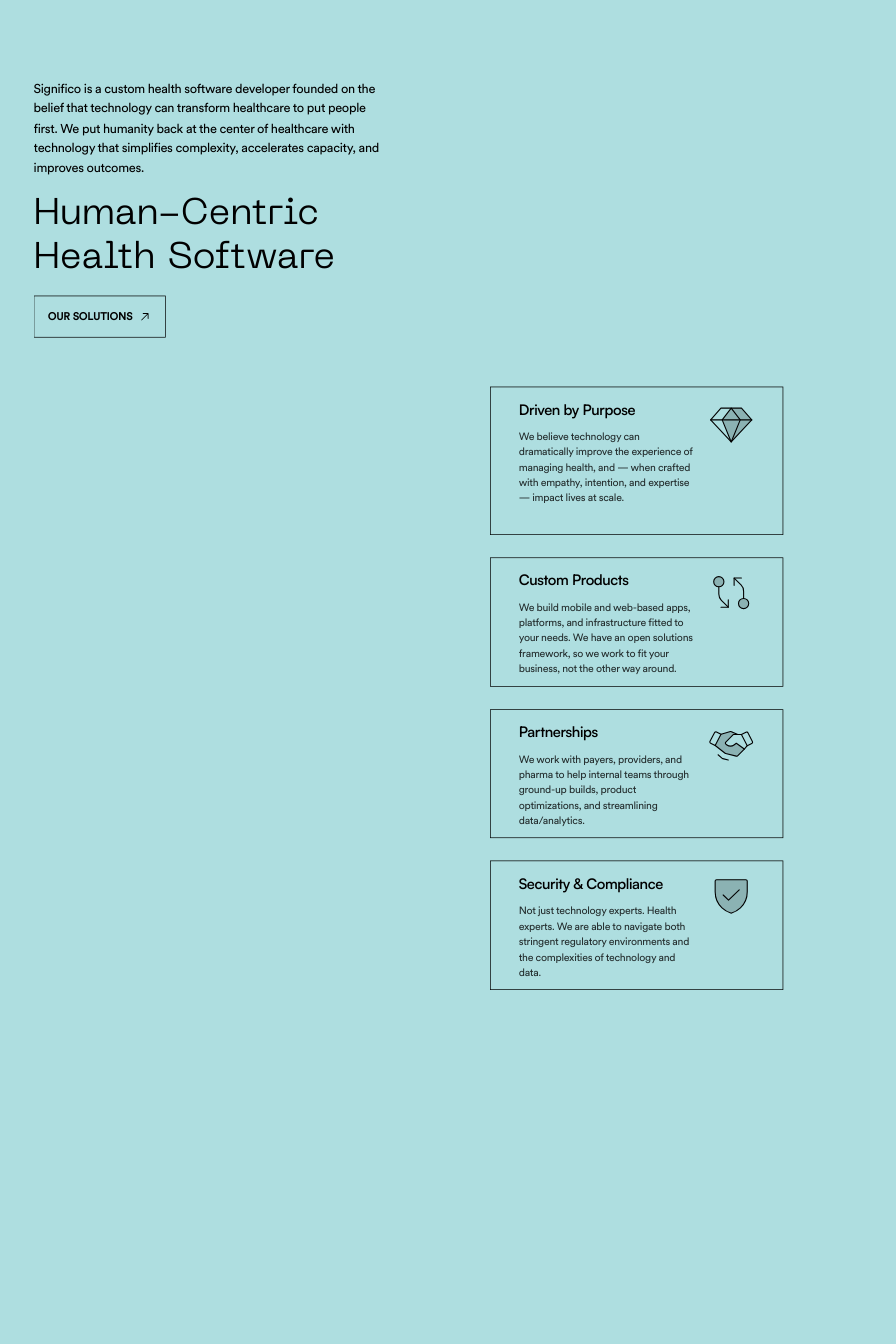
Repository: nikhilsinghrathore1/CAC_Ki_Majdoori
Page: /
These files come from the project's save history. The page is drawn as it stood at one moment and after the next save; the edit follows.
The browser window is 1280 px wide. The pictures show the part of the page from y = 816 to 2736 px (the page is 2736 px tall), at 70% of full size.
The project was rebuilt for these pictures with package versions that can differ from the ones it lists, and the page was loaded fresh each time. Also part of the build but not shown: vite.config.ts.

Above is the page before, as saved 2024-07-25 10:42:03.

After the next save:
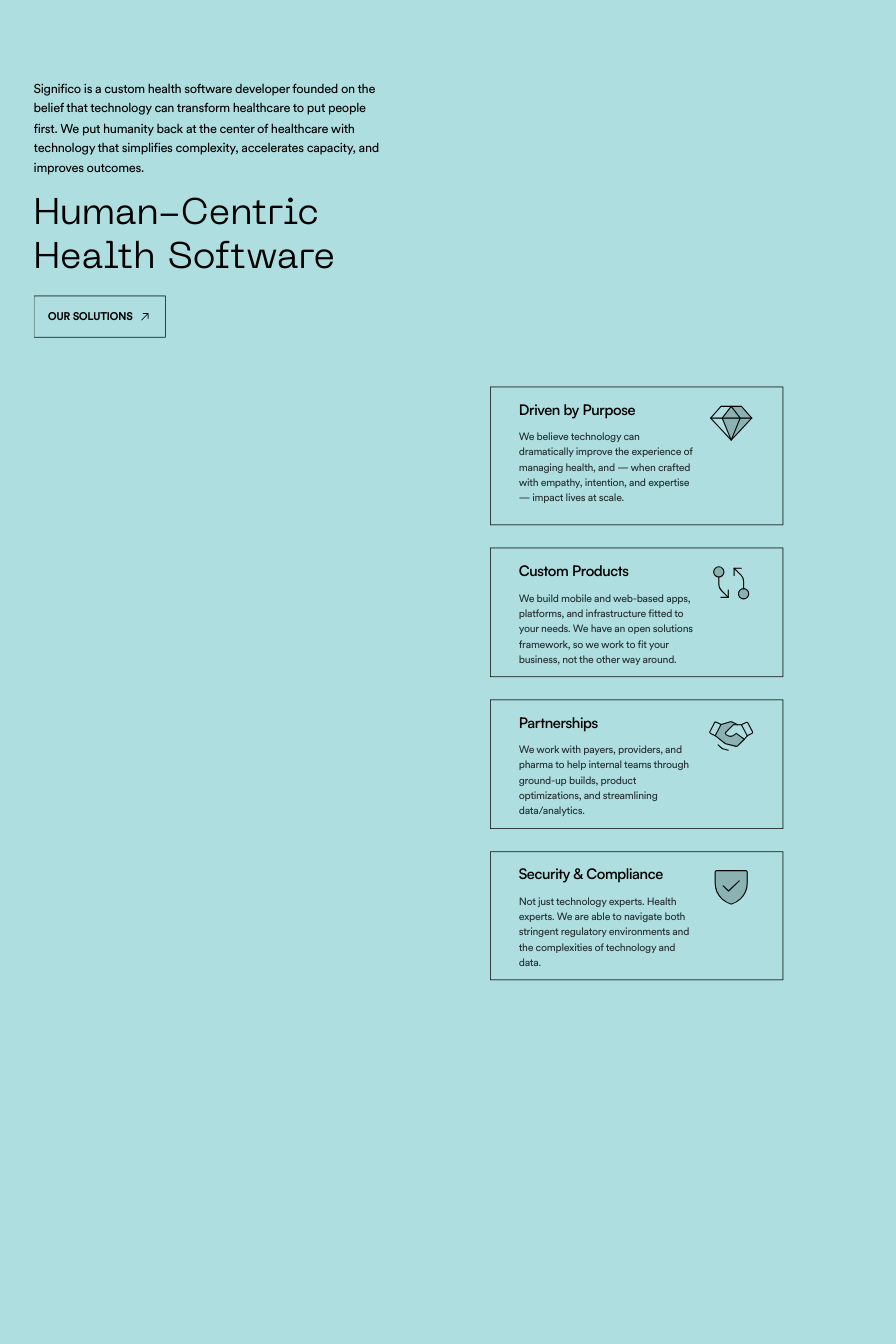
Saved 6 s later.
--- a/src/Pages/ThirdTest.tsx
+++ b/src/Pages/ThirdTest.tsx
@@ -16,7 +16,7 @@
                            </div>
                </div>
                <div className='w-[50%]   h-full pt-[90vh] pl-12'>
-                              <div className=' w-[77%] origin-center ml-3  transition-all  pt-4  flex justify-between gap-4 px-10 border border-black h-[15.5%]'>
+                              <div className=' w-[77%] origin-center ml-3  transition-all  pt-4  flex justify-between gap-4 px-10 border border-black h-[14.5%]'>
                                             <InsideAbout mainText={"Driven by Purpose"} para={"We believe technology can dramatically improve the experience of managing health, and — when crafted with empathy, intention, and expertise — impact lives at scale."} svg={<svg width="100%" height="38%" viewBox="0 0 64 64" fill="none" xmlns="http://www.w3.org/2000/svg">
 <path opacity="0.2" d="M45.9998 10H31.9998L19.7271 26L31.9998 56L59.9998 26L45.9998 10Z" fill="currentColor"></path>
 <path d="M18 10H46L60 26L32 56L4 26L18 10Z" stroke="currentColor" stroke-width="1.5" stroke-linecap="round" stroke-linejoin="round"></path>
